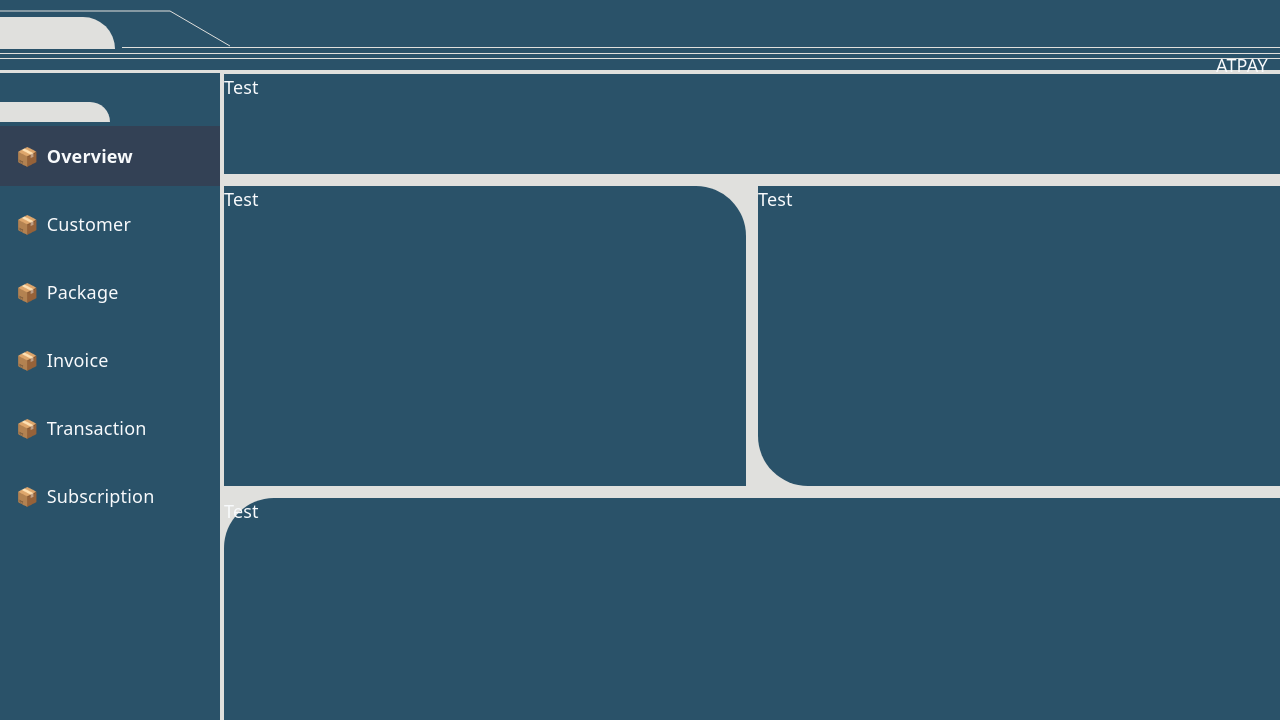
Repository: Farazdaq/stripe-payment-integration
Page: /dashboard (app in stripe-integration-react-dashboard/)
An editor plug-in stored every save of this project. The page is shown before and after the next save, followed by the edit.
The browser window is 1280 px wide. The pictures show the whole page.
An inner scrolling area shows only its first screen. The project was rebuilt for these pictures with package versions that can differ from the ones it lists, and the page was loaded fresh each time. Also part of the build but not shown: stripe-integration-react-dashboard/vite.config.ts, stripe-integration-react-dashboard/src/App.css, stripe-integration-react-dashboard/src/features/dashboard/pages/Customer.tsx, stripe-integration-react-dashboard/src/features/dashboard/pages/Package.tsx, stripe-integration-react-dashboard/src/features/dashboard/pages/Invoice.tsx, stripe-integration-react-dashboard/src/features/dashboard/pages/Transaction.tsx, stripe-integration-react-dashboard/src/features/dashboard/pages/Subscription.tsx.

Above is the page before, as saved 2026-05-12 16:51:40.

### stripe-integration-react-dashboard/index.html
<!doctype html>
<html lang="en">
  <head>
    <meta charset="UTF-8" />
    <link rel="icon" type="image/svg+xml" href="/favicon.svg" />
    <meta name="viewport" content="width=device-width, initial-scale=1.0" />
    <title>web-app</title>
  </head>
  <body>
    <div id="root"></div>
    <script type="module" src="/src/main.tsx"></script>
  </body>
</html>

### stripe-integration-react-dashboard/src/index.css
@tailwind base;
@tailwind components;
@tailwind utilities;

/* =========================
   THEME VARIABLES
========================= */
:root {
  --text: #6b6375;
  --text-h: #08060d;
  --bg: #ffffff;
  --border: #e5e4e7;
  --code-bg: #f4f3ec;

  --accent: #aa3bff;
  --accent-bg: rgba(170, 59, 255, 0.1);
  --accent-border: rgba(170, 59, 255, 0.5);

  --social-bg: rgba(244, 243, 236, 0.5);

  --shadow:
    rgba(0, 0, 0, 0.1) 0 10px 15px -3px, rgba(0, 0, 0, 0.05) 0 4px 6px -2px;

  --sans: system-ui, "Segoe UI", Roboto, sans-serif;
  --heading: system-ui, "Segoe UI", Roboto, sans-serif;
  --mono: ui-monospace, Consolas, monospace;
}

/* =========================
   DARK MODE (system-based)
   ⚠️ later you can replace with .dark class
========================= */
@media (prefers-color-scheme: dark) {
  :root {
    --text: #9ca3af;
    --text-h: #f3f4f6;
    --bg: #16171d;
    --border: #2e303a;
    --code-bg: #1f2028;

    --accent: #c084fc;
    --accent-bg: rgba(192, 132, 252, 0.15);
    --accent-border: rgba(192, 132, 252, 0.5);

    --social-bg: rgba(47, 48, 58, 0.5);

    --shadow:
      rgba(0, 0, 0, 0.4) 0 10px 15px -3px, rgba(0, 0, 0, 0.25) 0 4px 6px -2px;
  }
}

/* =========================
   ROOT FIX (IMPORTANT)
   THIS FIXES YOUR LAYOUT ISSUE
========================= */
#root {
  width: 100%;
  min-height: 100vh;
  margin: 0;
  display: flex;
  flex-direction: column;
  box-sizing: border-box;
}

/* =========================
   GLOBAL RESET
========================= */
body {
  margin: 0;
  background: var(--bg);
  color: var(--text);
  font: 18px/145% var(--sans);
  letter-spacing: 0.18px;
  -webkit-font-smoothing: antialiased;
  -moz-osx-font-smoothing: grayscale;
}

/* =========================
   TYPOGRAPHY
========================= */
h1,
h2 {
  font-family: var(--heading);
  font-weight: 500;
  color: var(--text-h);
}

h1 {
  font-size: 56px;
  letter-spacing: -1.68px;
  margin: 32px 0;
}

h2 {
  font-size: 24px;
  line-height: 118%;
  letter-spacing: -0.24px;
  margin: 0 0 8px;
}

p {
  margin: 0;
}

/* =========================
   CODE BLOCKS
========================= */
code,
.counter {
  font-family: var(--mono);
  display: inline-flex;
  border-radius: 4px;
  color: var(--text-h);
}

code {
  font-size: 15px;
  line-height: 135%;
  padding: 4px 8px;
  background: var(--code-bg);
}

### stripe-integration-react-dashboard/src/App.tsx
import "./App.css";
import { RouterProvider } from "react-router-dom";
import { router } from "./routes";
import { ThemeProvider } from "./theme/ThemeProvider";
import "./i18n/i18n";

function App() {
  return (
    <ThemeProvider>
      <RouterProvider router={router} />
    </ThemeProvider>
  );
}

export default App;

### stripe-integration-react-dashboard/src/routes.tsx
import { createBrowserRouter } from "react-router-dom"; // Import the necessary components for routing
import DashboardLayout from "./features/dashboard/layout/DashboardLayout"; // Import the layout component for the dashboard, which will be used as a wrapper for the child routes.

// Define the router configuration using createBrowserRouter
// The router is structured as follows:
// - The root path ("/") uses the DashboardLayout component as its element.
// - The DashboardLayout component has child routes
// - The index route ("/") renders the DashboardPage component.

export const router = createBrowserRouter([
  // MAIN APP
  {
    path: "/",
    element: "App page",
  },

  // DASHBOARD
  {
    path: "/dashboard",
    element: <DashboardLayout />,
  },
]);

### stripe-integration-react-dashboard/src/theme/ThemeProvider.tsx
import { useState } from "react";
import type { ReactNode } from "react";
import { themes } from "./theme.config";
import { ThemeContext, type ThemeMode } from "./theme.context";

type Props = {
  children: ReactNode;
};

export function ThemeProvider({ children }: Props) {
  const [mode, setMode] = useState<ThemeMode>("dark");

  const theme = themes[mode];

  return (
    <ThemeContext.Provider value={{ mode, setMode, theme }}>
      <div
        style={{
          backgroundColor: theme.colors.bg,
          color: theme.colors.text,
          minHeight: "100vh",
          transition: "0.3s ease",
        }}
      >
        {children}
      </div>
    </ThemeContext.Provider>
  );
}

### stripe-integration-react-dashboard/src/i18n/i18n.ts
import i18n from "i18next";
import { initReactI18next } from "react-i18next";

import en from "./locales/en.json";
import ar from "./locales/ar.json";

i18n.use(initReactI18next).init({
  resources: {
    en: { translation: en },
    ar: { translation: ar },
  },

  lng: "en",
  fallbackLng: "en",

  interpolation: {
    escapeValue: false,
  },
});

export default i18n;

### stripe-integration-react-dashboard/src/features/dashboard/layout/DashboardLayout.tsx
import { useState } from "react";
import { useTheme } from "../../../theme/useTheme";

import {
  Navbar,
  Sidebar,
  Overview,
  Customer,
  Package,
  Invoice,
  Transaction,
  Subscription,
} from "./export.ts";

export default function DashboardLayout() {
  const { theme } = useTheme();
  const [activePage, setActivePage] = useState("overview");

  return (
    <div
      className="flex flex-col w-screen h-screen overflow-hidden"
      style={{
        backgroundColor: theme.colors.bg,
      }}
    >
      {/* TOP NAVBAR */}
      <div className="shrink-0">
        <Navbar />
      </div>

      {/* BODY */}
      <div className="flex flex-1 min-h-0 overflow-hidden">
        {/* SIDEBAR */}
        <div className="h-full shrink-0">
          <Sidebar active={activePage} setActive={setActivePage} />
        </div>

        {/* MAIN CONTENT */}
        <main className="flex-1 h-full overflow-y-auto overflow-x-hidden pt-1 pl-1">
          <div className="min-h-full">
            {activePage === "overview" && <Overview />}
            {activePage === "customer" && <Customer />}
            {activePage === "package" && <Package />}
            {activePage === "invoice" && <Invoice />}
            {activePage === "transaction" && <Transaction />}
            {activePage === "subscription" && <Subscription />}
          </div>
        </main>
      </div>
    </div>
  );
}

### stripe-integration-react-dashboard/src/theme/theme.config.ts
export const themes = {
  light: {
    colors: {
      bg: "#f9fafb",
      text: "#111827",
      containerCopBackgroundColor: "#2A5269",
      borderColor: "#111827",
      sidebar: "#ffffff",
      navbar: "#ffffff",
      border: "#e5e7eb",
    },
  },

  dark: {
    colors: {
      bg: "#E0E0DD",
      text: "#f8fafc",
      containerCopBackgroundColor: "#2A5269",
      borderColor: "#111827",
      sidebar: "#2A5269",
      navbar: "#2A5269",
      border: "#334155",
    },
  },
};

### stripe-integration-react-dashboard/src/theme/theme.context.ts
import { createContext } from "react";
import { themes } from "./theme.config";

export type ThemeMode = "light" | "dark";

// 👇 infer theme structure from your config
export type Theme = (typeof themes)["light"];

export type ThemeContextType = {
  mode: ThemeMode;
  setMode: (mode: ThemeMode) => void;
  theme: Theme;
};

export const ThemeContext = createContext<ThemeContextType | null>(null);

### stripe-integration-react-dashboard/src/i18n/locales/en.json
{
  "dashboard": {
    "title": "Dashboard"
  },
  "sidebar": {
    "users": "Users"
  }
}

### stripe-integration-react-dashboard/src/i18n/locales/ar.json
{
  "dashboard": {
    "title": "لوحة التحكم"
  },
  "sidebar": {
    "users": "المستخدمين"
  }
}

### stripe-integration-react-dashboard/src/theme/useTheme.ts
import { useContext } from "react";
import { ThemeContext } from "./theme.context";

export function useTheme() {
  const context = useContext(ThemeContext);

  if (!context) {
    throw new Error("useTheme must be used inside ThemeProvider");
  }

  return context;
}

### stripe-integration-react-dashboard/src/features/dashboard/layout/export.ts
export { default as Navbar } from "./Navbar";
export { default as Sidebar } from "./Sidebar/Sidebar";

export { default as Overview } from "../pages/Overview";
export { default as Customer } from "../pages/Customer";
export { default as Package } from "../pages/Package";
export { default as Invoice } from "../pages/Invoice";
export { default as Transaction } from "../pages/Transaction";
export { default as Subscription } from "../pages/Subscription";

### stripe-integration-react-dashboard/src/features/dashboard/layout/Navbar.tsx
import { useTheme } from "../../../theme/useTheme";
import ThemeSwitch from "../../../components/ThemeSwitch";
import LanguageDropdown from "../../../components/LanguageDropdown";
import LineShaper from "../../../components/LineShaper";
import LineDivider from "../../../components/LineDivider";

export default function Navbar() {
  const { theme } = useTheme();

  return (
    <div
      className="w-screen h-[40px] md:h-[50px] lg:h-[70px]"
      style={{
        paddingTop: "10px",
        background: theme.colors.navbar,
      }}
    >
      <div className="flex flex-col gap-1 md:gap-1">
        {/* FIX: Wrap angled divider in a fixed-height container */}

        <div style={{ height: "3px", overflow: "visible" }}>
          <LineDivider
            color="#E0E0DD"
            thickness="1px"
            points={[
              { x: 0, y: 0 }, // start
              { x: 170, y: 0 }, // go straight 500px
              { d: 35 }, // go down 20px
            ]} // go to end of screen
          />

          <div className="ml-[9.5%] mb-1">
            <LineDivider color="#E0E0DD" thickness="1px" />
          </div>
          <div className="ml-[95%] mb-[100px]">
            <p>ATPAY</p>
          </div>
        </div>

        <LineShaper
          color="#E0E0DD"
          thickness={32}
          length={"9%"}
          radiusRightTop={50}
        />

        <LineDivider color="#E0E0DD" thickness="0.9px" />
        <LineDivider color="#E0E0DD" thickness="0.9px" />
      </div>
    </div>
  );
}

### stripe-integration-react-dashboard/src/features/dashboard/layout/Sidebar/Sidebar.tsx
import LineShaper from "../../../../components/LineShaper";
import { useTheme } from "../../../../theme/useTheme";
import { sidebarItems } from "./sidebar.config";

type SidebarItem = {
  key: string;
  label: string;
};

type SidebarProps = {
  active: string;
  setActive: (key: string) => void;
};

export default function Sidebar({ active, setActive }: SidebarProps) {
  const { theme } = useTheme();

  return (
    <div
      className="w-[80px] md:w-[220px] min-h-screen pt-[4vh] mt-[0.4vh] py-2.5 transition-all duration-300 shrink-0"
      style={{ background: theme.colors.sidebar }}
    >
      <LineShaper
        color="#E0E0DD"
        thickness={20}
        length={"50%"}
        marginBottom={4}
        radiusRightTop={50}
      />
      {sidebarItems.map((item: SidebarItem) => {
        const isActive = active === item.key;

        return (
          <div key={item.key} className="flex">
            <button
              onClick={() => setActive(item.key)}
              className="w-full mb-2 cursor-pointer flex items-center justify-center md:justify-start gap-0 md:gap-2 p-3 md:p-4 transition-all duration-200"
              style={{
                background: isActive ? theme.colors.border : "transparent",
                color: theme.colors.text,
                fontWeight: isActive ? "600" : "400",
              }}
            >
              {/* Icon */}
              <span className="text-2xl md:text-lg flex items-center justify-center w-full md:w-auto">
                📦
              </span>

              {/* Label */}
              <div className="hidden md:inline text-base lg:text-lg">
                {item.label}
              </div>
            </button>
          </div>
        );
      })}
    </div>
  );
}

### stripe-integration-react-dashboard/src/features/dashboard/pages/Overview.tsx
import { useTranslation } from "react-i18next";
import ContainerComp from "../../../components/ContainerComp";
import LineChartComp from "../../../components/LineChartComp";

function MockComponent() {
  return <div>Test</div>;
}
export default function Overview() {
  const { t } = useTranslation();

  return (
    <div className="flex flex-col gap-3 md:gap-3 pt-[0.3px] md:pt-[0.3px]">
      {/* Top containers */}
      <ContainerComp height={100} componentDisplay={<MockComponent />} />

      {/* Bottom horizontal containers */}
      <div className="flex flex-col md:flex-row gap-3 md:gap-3">
        <div className="flex-1">
          <ContainerComp
            radiusRightTop={50}
            height={300}
            componentDisplay={<MockComponent />}
          />
        </div>

        <div className="flex-1">
          <ContainerComp
            radiusLeftBottom={50}
            height={300}
            componentDisplay={<MockComponent />}
          />
        </div>
      </div>
      <ContainerComp
        radiusLeftTop={50}
        height={456}
        componentDisplay={<MockComponent />}
      />
    </div>
  );
}

### stripe-integration-react-dashboard/src/components/LineShaper.tsx
type LineShaperProps = {
  color?: string;
  radiusLeftTop?: number;
  radiusLeftBottom?: number;
  radiusRightTop?: number;
  radiusRightBottom?: number;
  thickness?: number;
  length?: number | string;

  // NEW OPTIONAL MARGINS
  marginTop?: number | string;
  marginBottom?: number | string;
  marginLeft?: number | string;
  marginRight?: number | string;
};

export default function LineShaper({
  color = "#000",
  radiusLeftTop = 0,
  radiusLeftBottom = 0,
  radiusRightTop = 0,
  radiusRightBottom = 0,
  thickness = 2,
  length = "100%",

  marginTop,
  marginBottom,
  marginLeft,
  marginRight,
}: LineShaperProps) {
  return (
    <div
      style={{
        backgroundColor: color,
        height: thickness,
        width: length,

        borderTopLeftRadius: radiusLeftTop,
        borderBottomLeftRadius: radiusLeftBottom,
        borderTopRightRadius: radiusRightTop,
        borderBottomRightRadius: radiusRightBottom,

        // Only apply margins if passed
        ...(marginTop !== undefined && { marginTop }),
        ...(marginBottom !== undefined && { marginBottom }),
        ...(marginLeft !== undefined && { marginLeft }),
        ...(marginRight !== undefined && { marginRight }),
      }}
    />
  );
}

### stripe-integration-react-dashboard/src/components/LineDivider.tsx
type Point = {
  x?: number | string; // allow "100%"
  y?: number;
  d?: number; // relative vertical movement
};

type LineDividerProps = {
  color?: string;
  thickness?: string;
  width?: string;
  margin?: string;
  style?: React.CSSProperties;
  points?: Point[];
};

export default function LineDivider({
  color = "red",
  thickness = "2px",
  width = "100%",
  margin = "0",
  style = {},
  points,
}: LineDividerProps) {
  // If no points → simple divider
  if (!points || points.length === 0) {
    return (
      <div
        style={{
          height: thickness,
          width,
          backgroundColor: color,
          margin,
          ...style,
        }}
      />
    );
  }

  // Convert relative points (d) into absolute x,y
  const computedPoints: { x: number | string; y: number }[] = [];

  points.forEach((p, i) => {
    if (i === 0) {
      computedPoints.push({
        x: p.x ?? 0,
        y: p.y ?? 0,
      });
    } else {
      const prev = computedPoints[i - 1];

      computedPoints.push({
        x: p.x ?? (typeof prev.x === "number" ? prev.x + 60 : prev.x),
        y: p.d !== undefined ? prev.y + p.d : (p.y ?? prev.y),
      });
    }
  });

  // ⭐ AUTO‑EXTEND LAST POINT TO 100% WIDTH
  const last = computedPoints[computedPoints.length - 1];
  computedPoints.push({
    x: "100%",
    y: last.y,
  });

  // Calculate bounds
  const ys = computedPoints.map((p) => p.y);
  const minY = Math.min(...ys);
  const maxY = Math.max(...ys);

  const lineThickness = parseFloat(thickness) || 2;
  const svgHeight = maxY - minY + lineThickness * 2;

  // Build SVG path
  const path = computedPoints
    .map((p, i) => {
      const x = p.x;
      const y = p.y - minY + lineThickness;
      return `${i === 0 ? "M" : "L"} ${x} ${y}`;
    })
    .join(" ");

  return (
    <svg
      width="100%"
      height={svgHeight}
      preserveAspectRatio="none"
      style={{ display: "block", margin, ...style }}
    >
      <path d={path} stroke={color} strokeWidth={lineThickness} fill="none" />
    </svg>
  );
}

### stripe-integration-react-dashboard/src/features/dashboard/layout/Sidebar/sidebar.config.ts
export const sidebarItems = [
  {
    key: "overview",
    label: "Overview",
  },

  {
    key: "customer",
    label: "Customer",
  },
  {
    key: "package",
    label: "Package",
  },
  {
    key: "invoice",
    label: "Invoice",
  },
  {
    key: "transaction",
    label: "Transaction",
  },
  {
    key: "subscription",
    label: "Subscription",
  },
];

### stripe-integration-react-dashboard/src/components/ContainerComp.tsx
import { useTheme } from "../theme/useTheme";

type ContainerCompProps = {
  width?: number;
  height?: number;
  radiusAll?: number;
  radiusLeftTop?: number;
  radiusLeftBottom?: number;
  radiusRightTop?: number;
  radiusRightBottom?: number;
  background?: string;
  borderColor?: string;
  border?: boolean;
  stroke?: number;
  componentDisplay: React.ReactNode;
};

export default function ContainerComp({
  width,
  height,
  radiusAll,
  radiusLeftTop,
  radiusLeftBottom,
  radiusRightTop,
  radiusRightBottom,
  background,
  borderColor,
  border,
  stroke,
  componentDisplay: ComponentDisplay,
}: ContainerCompProps) {
  const { theme } = useTheme();
  const style: React.CSSProperties = {
    width,
    height,
    background: background
      ? background
      : theme.colors.containerCopBackgroundColor,
    border: border
      ? `${stroke ?? 1}px solid ${borderColor ? borderColor : theme.colors.borderColor}`
      : undefined,
    borderTopLeftRadius: radiusLeftTop ?? radiusAll,
    borderBottomLeftRadius: radiusLeftBottom ?? radiusAll,
    borderTopRightRadius: radiusRightTop ?? radiusAll,
    borderBottomRightRadius: radiusRightBottom ?? radiusAll,
  };

  return (
    <div data-testid="container1" style={style}>
      {ComponentDisplay}
    </div>
  );
}

Loaded but not shown: stripe-integration-react-dashboard/src/main.tsx (common file); stripe-integration-react-dashboard/tailwind.config.js (common file)

After the next save:
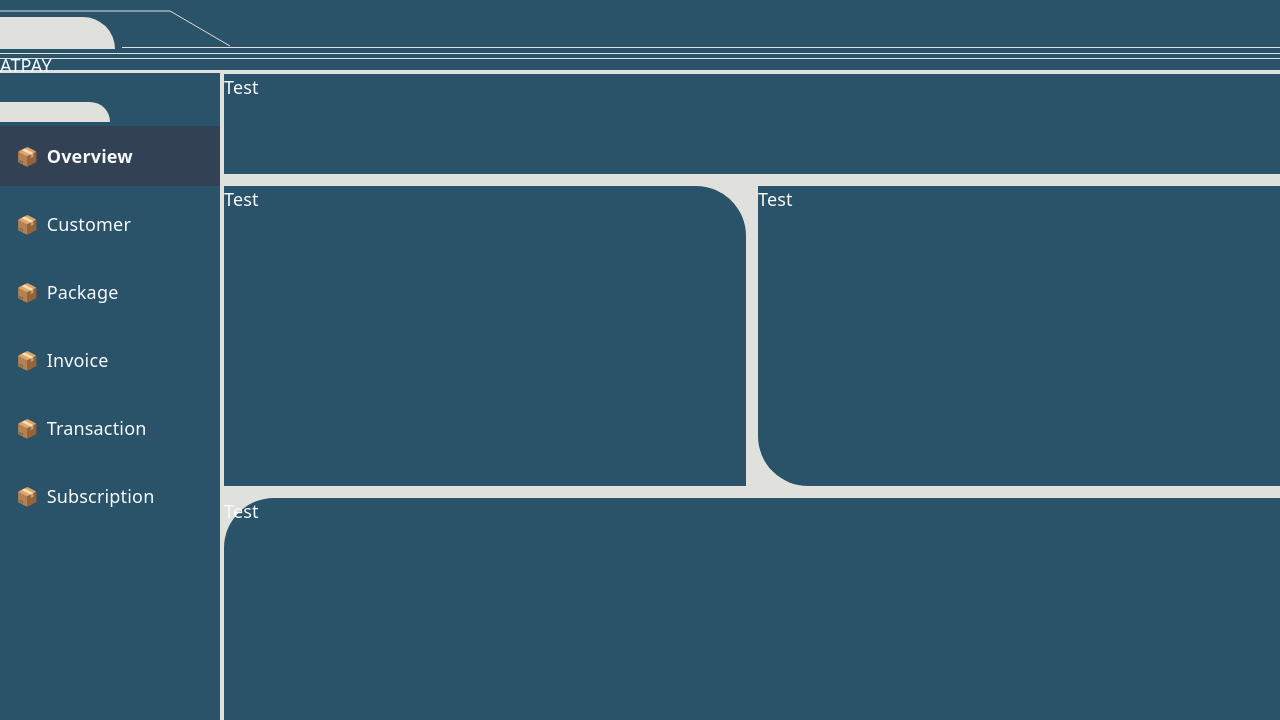
Saved 32 s later.
--- a/stripe-integration-react-dashboard/src/features/dashboard/layout/Navbar.tsx
+++ b/stripe-integration-react-dashboard/src/features/dashboard/layout/Navbar.tsx
@@ -32,9 +32,8 @@ export default function Navbar() {
           <div className="ml-[9.5%] mb-1">
             <LineDivider color="#E0E0DD" thickness="1px" />
           </div>
-          <div className="ml-[95%] mb-[100px]">
-            <p>ATPAY</p>
-          </div>
+
+          <p>ATPAY</p>
         </div>
 
         <LineShaper
